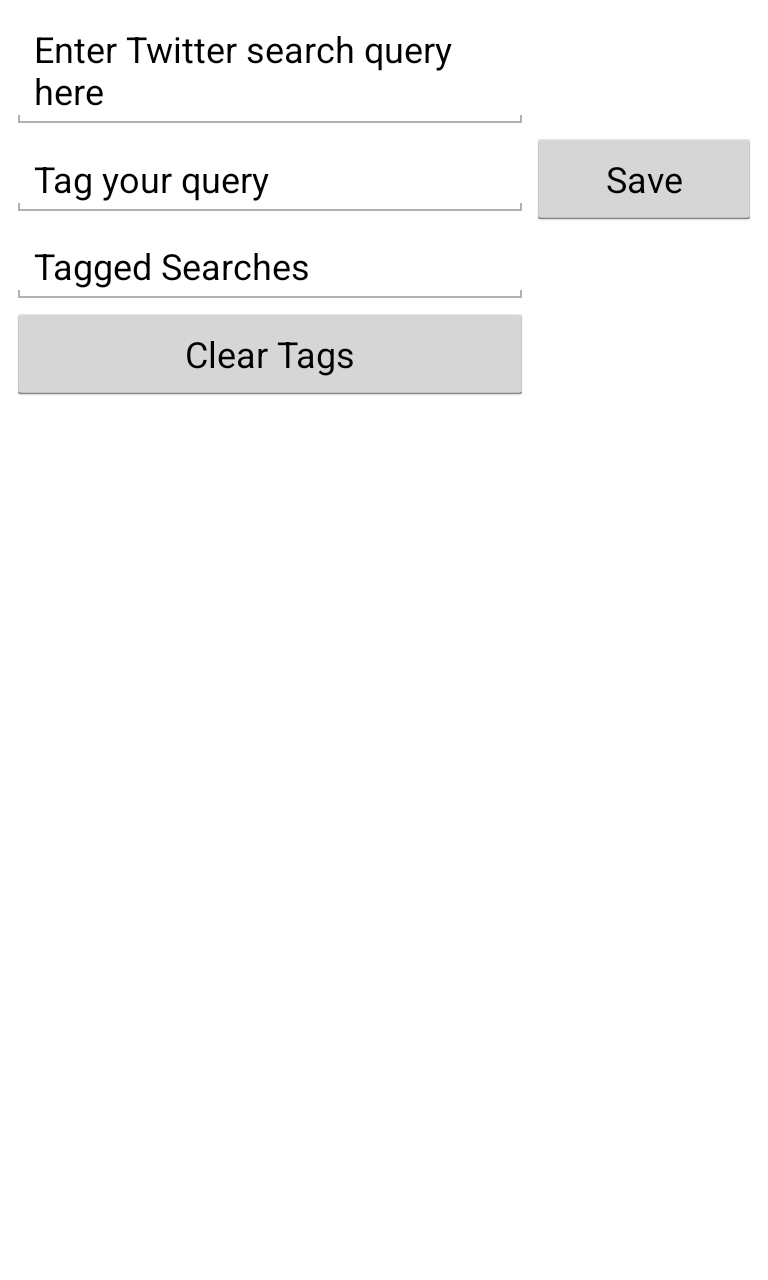
Repository: nauge/Android
Layout: FavoriteTwitterSearches/res/layout/main.xml
An editor plug-in stored every save of this project. The layout is shown before and after the next save, followed by the edit.
It is drawn on a 768 x 1280 px phone screen (xhdpi) without system bars, with theme AppTheme; the app's code is not run.

Above is the layout before, as saved 2013-11-11 02:16:22.

### FavoriteTwitterSearches/res/layout/main.xml
<?xml version="1.0" encoding="utf-8"?>
<TableLayout xmlns:android="http://schemas.android.com/apk/res/android"
    android:id="@+id/tableLayout"
    android:layout_width="match_parent"
    android:layout_height="match_parent"
    android:background="@android:color/white"
    android:padding="5dp"
    android:stretchColumns="*" >

    <TableRow
        android:id="@+id/tableRow0"
        android:layout_width="match_parent"
        android:layout_height="match_parent" >

        <EditText
            android:id="@+id/queryEditText"
            android:layout_width="wrap_content"
            android:layout_height="wrap_content"
            android:ems="10"
            android:text="@string/queryPrompt" />

    </TableRow>

    <TableRow
        android:id="@+id/tableRow1"
        android:layout_width="match_parent"
        android:layout_height="wrap_content" >

        <EditText
            android:id="@+id/tagEditText"
            android:layout_width="wrap_content"
            android:layout_height="wrap_content"
            android:ems="10"
            android:text="@string/tagPrompt" />

        <Button
            android:id="@+id/saveButton"
            android:layout_width="wrap_content"
            android:layout_height="wrap_content"
            android:text="@string/save" />
    </TableRow>

    <TableRow
        android:id="@+id/tableRow2"
        android:layout_width="match_parent"
        android:layout_height="wrap_content" >

        <EditText
            android:id="@+id/taggedSearchesTextView"
            android:layout_width="wrap_content"
            android:layout_height="wrap_content"
            android:ems="10"
            android:text="@string/taggedSearches" />

    </TableRow>

    <TableRow
        android:id="@+id/tableRow3"
        android:layout_width="match_parent"
        android:layout_height="wrap_content" >

        <ScrollView
            android:id="@+id/queryScrollView"
            android:layout_width="wrap_content"
            android:layout_height="wrap_content" >

            <TableLayout
                android:id="@+id/queryTableLayout"
                android:layout_width="match_parent"
                android:layout_height="match_parent" >

                <Button
                    android:id="@+id/clearTagsButton"
                    android:layout_width="wrap_content"
                    android:layout_height="wrap_content"
                    android:text="@string/clearTags" />

            </TableLayout>
        </ScrollView>
    </TableRow>

    <TableRow
        android:id="@+id/tableRow4"
        android:layout_width="match_parent"
        android:layout_height="wrap_content" >
    </TableRow>

</TableLayout>

### FavoriteTwitterSearches/res/values/strings.xml
<?xml version="1.0" encoding="utf-8"?>
<resources>

    <string name="app_name">FavoriteTwitterSearches</string>
    <string name="action_settings">Settings</string>
<!--     <string name="hello_world">Hello world!</string> -->
    <string name="searchURL">http://search.twitter.com/search?q=</string>
    <string name="tagPrompt">Tag your query</string>
    <string name="queryPrompt">Enter Twitter search query here</string>
    <string name="taggedSearches">Tagged Searches</string>
    <string name="edit">Edit</string>
    <string name="clearTags">Clear Tags</string>
    <string name="save">Save</string>
    <string name="erase">Erase</string>
    <string name="cancel">Cancel</string>
    <string name="OK">OK</string>
    <string name="missingTitle">Missing Text</string>
    <string name="missingMessage">Please enter a search query and tag it</string>
    <string name="confirmTitle">Are You Sure?</string>
    <string name="confirmMessage">This will delete all saved searches</string>

</resources>

### FavoriteTwitterSearches/res/values/colors.xml
<?xml version="1.0" encoding="utf-8"?>
<resources>
    <color name="light_orange">#8f90</color>
</resources>

Loaded but not shown: FavoriteTwitterSearches/res/values/styles.xml (common file); FavoriteTwitterSearches/res/values-v11/styles.xml (common file); FavoriteTwitterSearches/res/values-v14/styles.xml (common file)

After the next save:
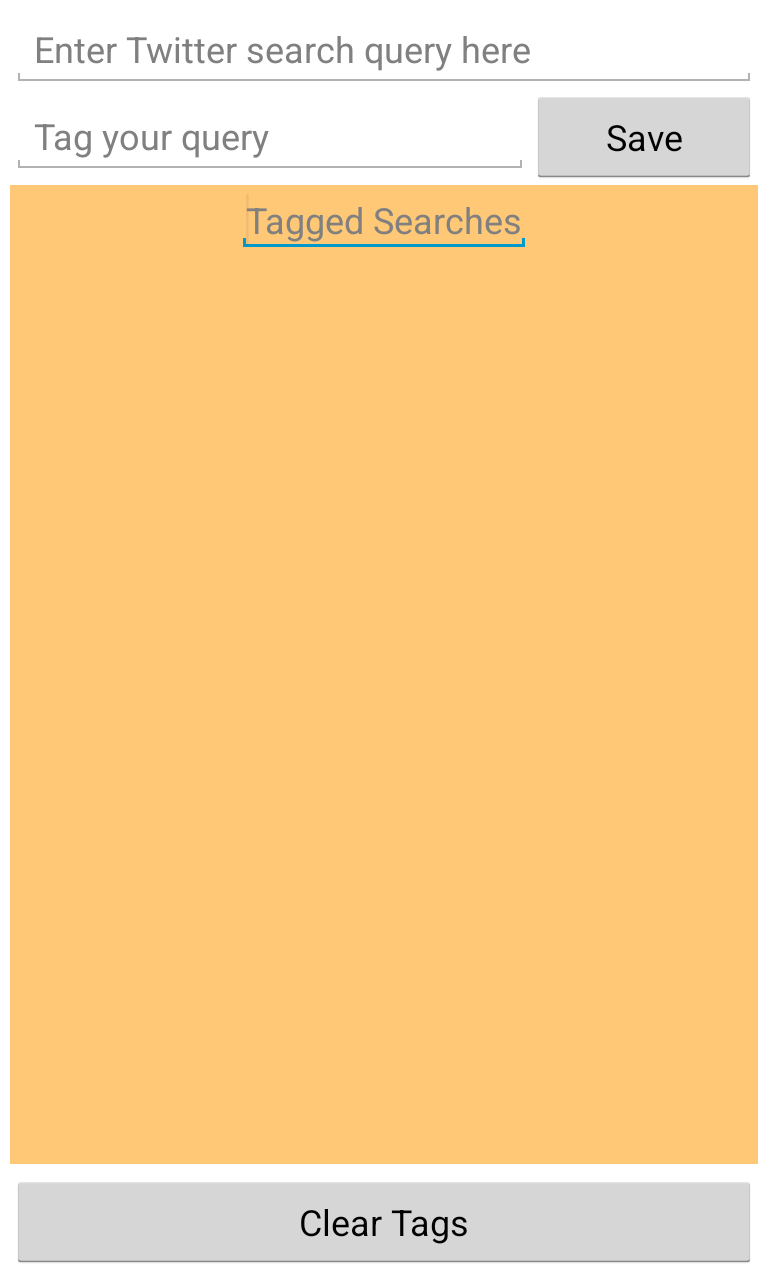
Saved 29 min 12 s later.
--- a/FavoriteTwitterSearches/res/layout/main.xml
+++ b/FavoriteTwitterSearches/res/layout/main.xml
@@ -10,15 +10,16 @@
     <TableRow
         android:id="@+id/tableRow0"
         android:layout_width="match_parent"
-        android:layout_height="match_parent" >
+        android:layout_height="wrap_content" >
 
         <EditText
             android:id="@+id/queryEditText"
-            android:layout_width="wrap_content"
+            android:layout_width="match_parent"
             android:layout_height="wrap_content"
-            android:ems="10"
-            android:text="@string/queryPrompt" />
-
+            android:layout_span="2"
+            android:hint="@string/queryPrompt"
+            android:imeOptions="actionNext"
+            android:inputType="text" />
     </TableRow>
 
     <TableRow
@@ -30,51 +31,60 @@
             android:id="@+id/tagEditText"
             android:layout_width="wrap_content"
             android:layout_height="wrap_content"
+            android:layout_gravity="center_vertical"
             android:ems="10"
-            android:text="@string/tagPrompt" />
+            android:hint="@string/tagPrompt"
+            android:imeOptions="actionDone"
+            android:inputType="text" />
 
         <Button
             android:id="@+id/saveButton"
             android:layout_width="wrap_content"
             android:layout_height="wrap_content"
+            android:layout_gravity="center_vertical"
             android:text="@string/save" />
     </TableRow>
 
     <TableRow
         android:id="@+id/tableRow2"
         android:layout_width="match_parent"
-        android:layout_height="wrap_content" >
+        android:layout_height="wrap_content"
+        android:background="@color/light_orange" >
 
         <EditText
             android:id="@+id/taggedSearchesTextView"
-            android:layout_width="wrap_content"
+            android:layout_width="match_parent"
             android:layout_height="wrap_content"
-            android:ems="10"
-            android:text="@string/taggedSearches" />
+            android:layout_gravity="center_horizontal"
+            android:layout_span="2"
+            android:hint="@string/taggedSearches"
+            android:padding="5dp"
+            android:textColor="@android:color/black"
+            android:textSize="18sp" >
 
+            <requestFocus />
+        </EditText>
     </TableRow>
 
     <TableRow
         android:id="@+id/tableRow3"
         android:layout_width="match_parent"
-        android:layout_height="wrap_content" >
+        android:layout_height="wrap_content"
+        android:layout_weight="1"
+        android:background="@color/light_orange" >
 
         <ScrollView
             android:id="@+id/queryScrollView"
-            android:layout_width="wrap_content"
-            android:layout_height="wrap_content" >
+            android:layout_width="match_parent"
+            android:layout_span="2"
+            android:padding="5dp" >
 
             <TableLayout
                 android:id="@+id/queryTableLayout"
                 android:layout_width="match_parent"
-                android:layout_height="match_parent" >
-
-                <Button
-                    android:id="@+id/clearTagsButton"
-                    android:layout_width="wrap_content"
-                    android:layout_height="wrap_content"
-                    android:text="@string/clearTags" />
-
+                android:layout_height="match_parent"
+                android:padding="5dp"
+                android:stretchColumns="*" >
             </TableLayout>
         </ScrollView>
     </TableRow>
@@ -83,6 +93,14 @@
         android:id="@+id/tableRow4"
         android:layout_width="match_parent"
         android:layout_height="wrap_content" >
+
+        <Button
+            android:id="@+id/clearTagsButton"
+            android:layout_width="wrap_content"
+            android:layout_height="wrap_content"
+            android:layout_marginTop="5dp"
+            android:layout_span="2"
+            android:text="@string/clearTags" />
     </TableRow>
 
 </TableLayout>
